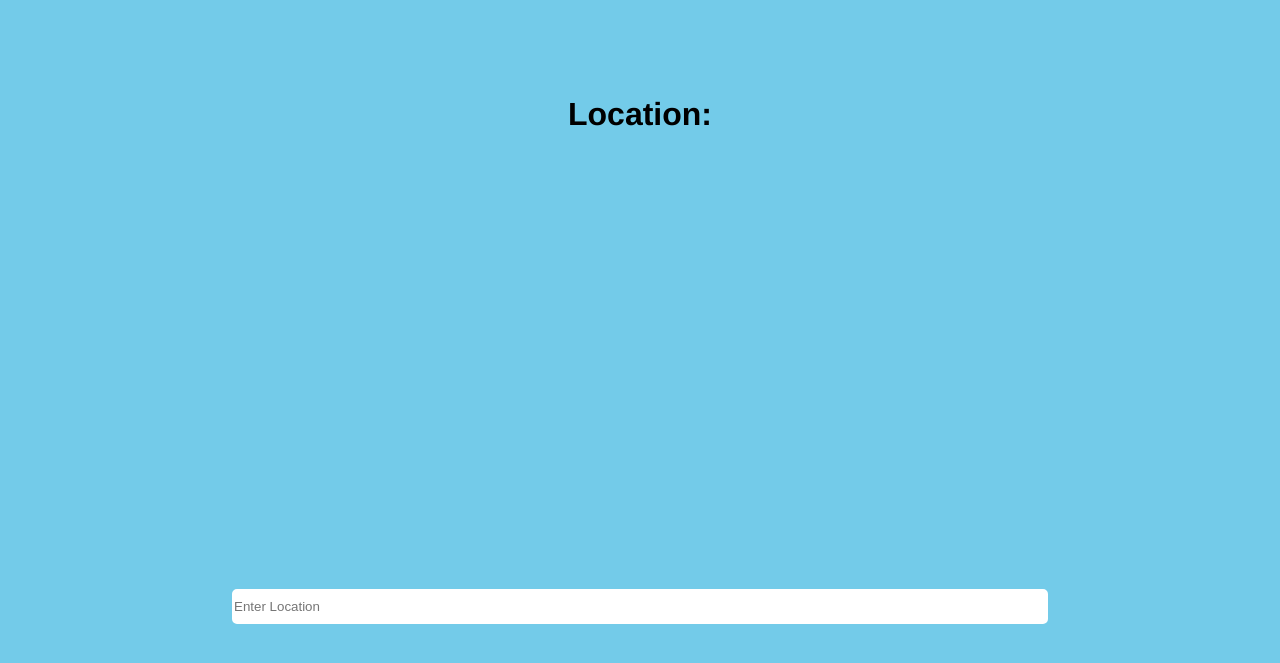
Repository: shaelorch/weather
Page: /
The author's editor kept a copy of each file at every save. The page is drawn from the files as they stood at one save, then again after the next save.
The browser window is 1280 px wide. The pictures show the whole page.
The project was rebuilt for these pictures with package versions that can differ from the ones it lists, and the page was loaded fresh each time. The framework's server and built-in components were replaced by stand-ins that run in the browser. Also part of the build but not shown: next.config.js.

Above is the page before, as saved 2023-01-19 11:38:32.

### pages/index.js
import Head from 'next/head'
import Image from 'next/image'
import { Inter } from '@next/font/google'
import styles from '@/styles/Home.module.css'
import axios from 'axios'
import { useState } from 'react';

const inter = Inter({ subsets: ['latin'] })



export default function Home() {
  const [location, setLocation] = useState('');
  const [data, setData] = useState({});
  const [weather, setWeather] = useState();
  const [errorMessage, setErrorMessage] = useState("");

  var apiKey = "5bb65e5dcdd88d96c09dd61a44557240";
  var lang = "fr";
  var units = "metric";
  const url = `https://api.openweathermap.org/data/2.5/weather?q=${location}&units=${units}&appid=${apiKey}&lang=${lang}`

  const searchLocation = (event) => {
    if(event.key === "Enter") {
      axios.get(url)
      .then((response) => {
        console.clear();
        setData(response.data);
        console.log(response.data);
        setWeather(response.data.weather);
        setErrorMessage("");
      }).catch(err => {
        console.log(err);
        setErrorMessage("Please enter another location");
        setData({});
        setWeather()
      })
      setLocation('')
  }}

  return <main className={styles.main}>


    <div className={styles.text}>
      <h1>Location:</h1>
      <h2>{data.name}</h2>
    </div>

    <input
    className={styles.input}
    value={location}
    onChange={event => setLocation(event.target.value)}
    placeholder="Enter Location"
    onKeyDown={searchLocation}
    type="text"

    />

    {
      weather && weather.map((w, index)=> {
        return(
          <div className={styles.text} key={index}>
            <div>{w.description}</div>
            <div>{w.main}</div>
            <h1>{data.main.temp} &deg;C</h1>
            <h3>Feels Like: {data.main.feels_like} &deg;C</h3>
            <h3>Wind Gust: {data.wind.speed}m/s</h3>

            </div>










        )
      })
    }

  </main>



}

### styles/Home.module.css
.main {
  display: flex;
  flex-direction: column;
  justify-content: space-between;
  align-items: center;
  padding: 6rem;
  min-height: 100vh;
  background-color:rgb(115, 203, 233);

}

.text {
  font-family: 'Franklin Gothic Medium', 'Arial Narrow', Arial, sans-serif;
  font-weight: bold;
  color:black;
}

.input {
  border-radius:5px;
  background-color: white;
  height:35px;
  width:75%;
  color:black;
  border: 2px solid white;

}


.description {
  display: inherit;
  justify-content: inherit;
  align-items: inherit;
  font-size: 0.85rem;
  max-width: var(--max-width);
  width: 100%;
  z-index: 2;
  font-family: var(--font-mono);
}

.description a {
  display: flex;
  justify-content: center;
  align-items: center;
  gap: 0.5rem;
}

.description p {
  position: relative;
  margin: 0;
  padding: 1rem;
  background-color: rgba(var(--callout-rgb), 0.5);
  border: 1px solid rgba(var(--callout-border-rgb), 0.3);
  border-radius: var(--border-radius);
}

.code {
  font-weight: 700;
  font-family: var(--font-mono);
}

.grid {
  display: grid;
  grid-template-columns: repeat(4, minmax(25%, auto));
  width: var(--max-width);
  max-width: 100%;
}

.card {
  padding: 1rem 1.2rem;
  border-radius: var(--border-radius);
  background: rgba(var(--card-rgb), 0);
  border: 1px solid rgba(var(--card-border-rgb), 0);
  transition: background 200ms, border 200ms;
}

.card span {
  display: inline-block;
  transition: transform 200ms;
}

.card h2 {
  font-weight: 600;
  margin-bottom: 0.7rem;
}

.card p {
  margin: 0;
  opacity: 0.6;
  font-size: 0.9rem;
  line-height: 1.5;
  max-width: 30ch;
}

.center {
  display: flex;
  justify-content: center;
  align-items: center;
  position: relative;
  padding: 4rem 0;
}

.center::before {
  background: var(--secondary-glow);
  border-radius: 50%;
  width: 480px;
  height: 360px;
  margin-left: -400px;
}

.center::after {
  background: var(--primary-glow);
  width: 240px;
  height: 180px;
  z-index: -1;
}

.center::before,
.center::after {
  content: '';
  left: 50%;
  position: absolute;
  filter: blur(45px);
  transform: translateZ(0);
}

.logo,
.thirteen {
  position: relative;
}

.thirteen {
  display: flex;
  justify-content: center;
  align-items: center;
  width: 75px;
  height: 75px;
  padding: 25px 10px;
  margin-left: 16px;
  transform: translateZ(0);
  border-radius: var(--border-radius);
  overflow: hidden;
  box-shadow: 0px 2px 8px -1px #0000001a;
}

.thirteen::before,
.thirteen::after {
  content: '';
  position: absolute;
  z-index: -1;
}

/* Conic Gradient Animation */
.thirteen::before {
  animation: 6s rotate linear infinite;
  width: 200%;
  height: 200%;
  background: var(--tile-border);
}

/* Inner Square */
.thirteen::after {
  inset: 0;
  padding: 1px;
  border-radius: var(--border-radius);
  background: linear-gradient(
    to bottom right,
    rgba(var(--tile-start-rgb), 1),
    rgba(var(--tile-end-rgb), 1)
  );
  background-clip: content-box;
}

/* Enable hover only on non-touch devices */
@media (hover: hover) and (pointer: fine) {
  .card:hover {
    background: rgba(var(--card-rgb), 0.1);
    border: 1px solid rgba(var(--card-border-rgb), 0.15);
  }

  .card:hover span {
    transform: translateX(4px);
  }
}

@media (prefers-reduced-motion) {
  .thirteen::before {
    animation: none;
  }

  .card:hover span {
    transform: none;
  }
}

/* Mobile */
@media (max-width: 700px) {
  .content {
    padding: 4rem;
  }

  .grid {
    grid-template-columns: 1fr;
    margin-bottom: 120px;
    max-width: 320px;
    text-align: center;
  }

  .card {
    padding: 1rem 2.5rem;
  }

  .card h2 {
    margin-bottom: 0.5rem;
  }

  .center {
    padding: 8rem 0 6rem;
  }

  .center::before {
    transform: none;
    height: 300px;
  }

  .description {
    font-size: 0.8rem;
  }

  .description a {
    padding: 1rem;
  }

  .description p,
  .description div {
    display: flex;
    justify-content: center;
    position: fixed;
    width: 100%;
  }

  .description p {
    align-items: center;
    inset: 0 0 auto;
    padding: 2rem 1rem 1.4rem;
    border-radius: 0;
    border: none;
    border-bottom: 1px solid rgba(var(--callout-border-rgb), 0.25);
    background: linear-gradient(
      to bottom,
      rgba(var(--background-start-rgb), 1),
      rgba(var(--callout-rgb), 0.5)
    );
    background-clip: padding-box;
    backdrop-filter: blur(24px);
  }

  .description div {
    align-items: flex-end;
    pointer-events: none;
    inset: auto 0 0;
    padding: 2rem;
    height: 200px;
    background: linear-gradient(
      to bottom,
      transparent 0%,
      rgb(var(--background-end-rgb)) 40%
    );
    z-index: 1;
  }
}

/* Tablet and Smaller Desktop */
@media (min-width: 701px) and (max-width: 1120px) {
  .grid {
    grid-template-columns: repeat(2, 50%);
  }
}

@media (prefers-color-scheme: dark) {
  .vercelLogo {
    filter: invert(1);
  }

  .logo,
  .thirteen img {
    filter: invert(1) drop-shadow(0 0 0.3rem #ffffff70);
  }
}

@keyframes rotate {
  from {
    transform: rotate(360deg);
  }
  to {
    transform: rotate(0deg);
  }
}

Loaded but not shown: pages/_app.js (common file); pages/_document.js (common file); styles/globals.css (common file)

After the next save:
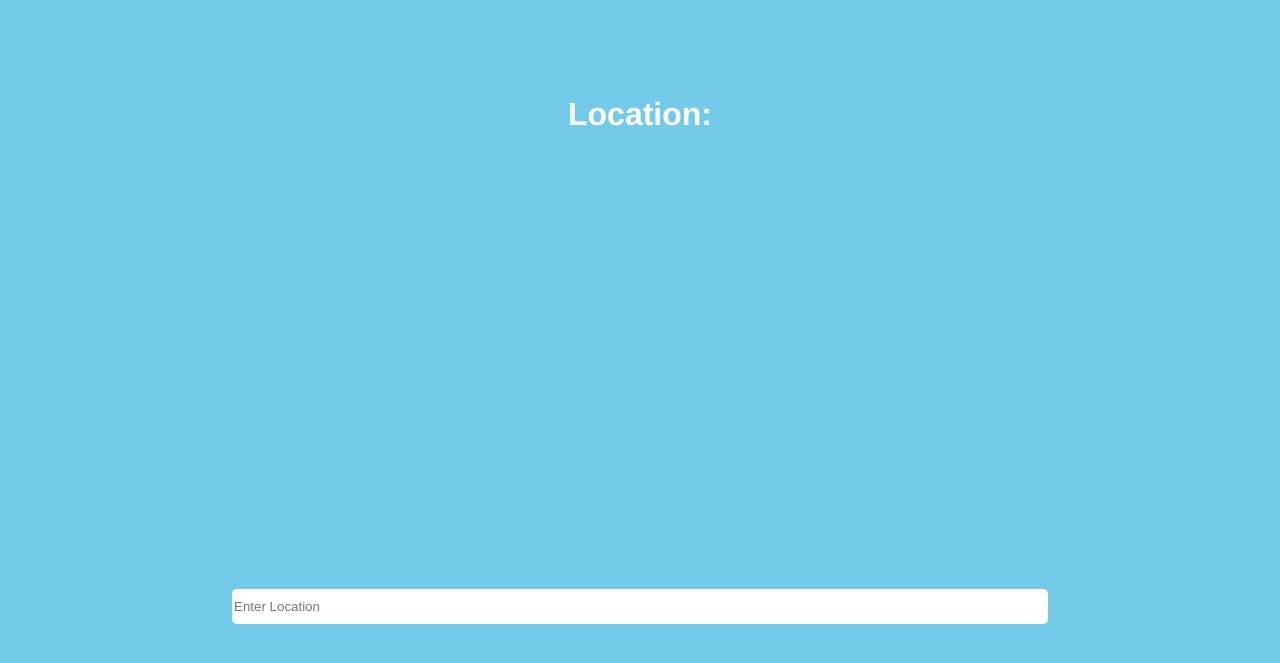
Saved 12 s later.
--- a/styles/Home.module.css
+++ b/styles/Home.module.css
@@ -12,7 +12,7 @@
 .text {
   font-family: 'Franklin Gothic Medium', 'Arial Narrow', Arial, sans-serif;
   font-weight: bold;
-  color:black;
+  color:white;
 }
 
 .input {
